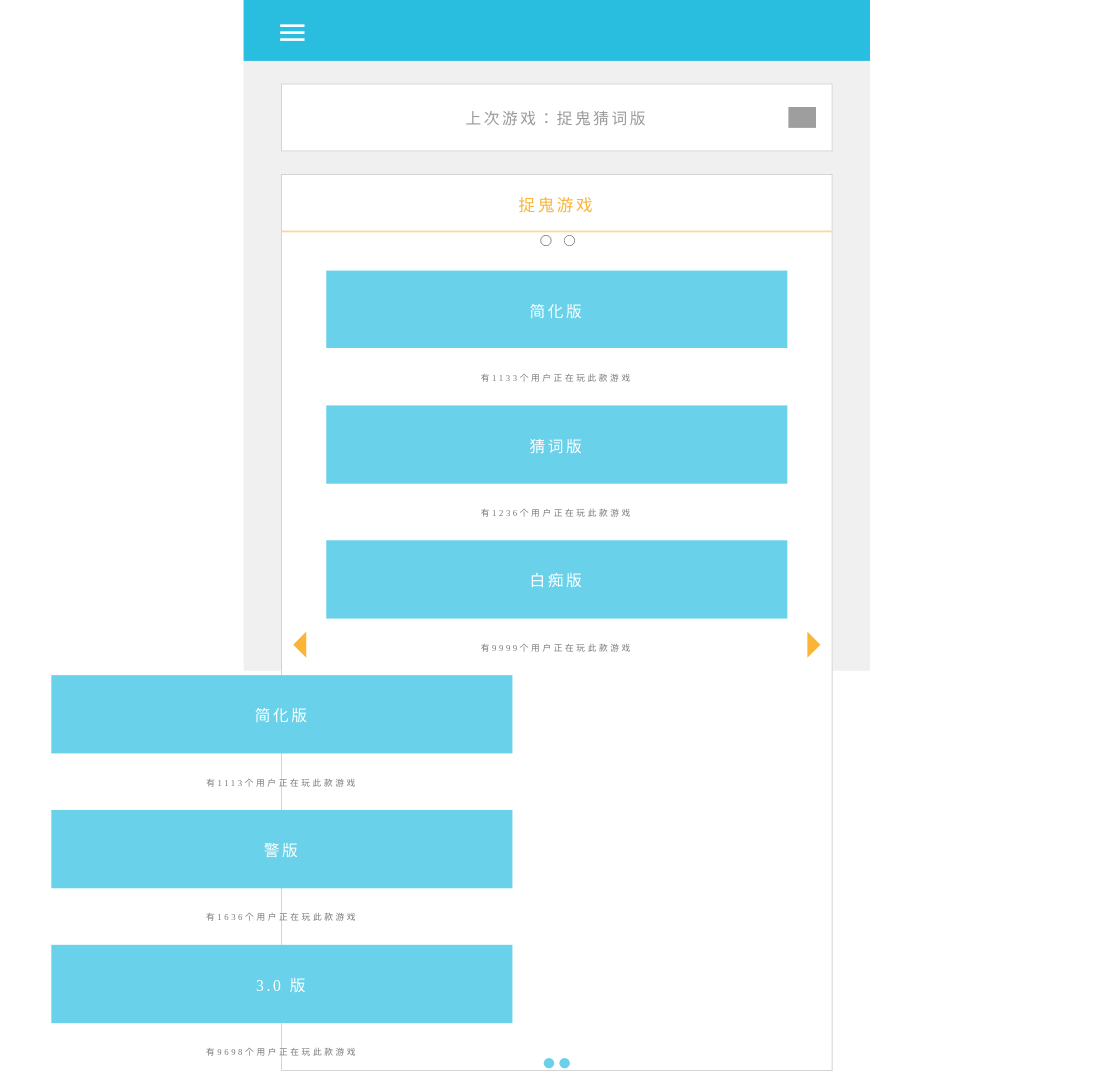
Repository: leozhangpd/My-Codes
Page: JS/two-project/home_page.html
These files come from the project's save history. The page is drawn as it stood at one moment and after the next save; the edit follows.
The browser window is 1280 px wide. The pictures show the whole page, at 87% of full size.
Pictures or frames that could not be fetched are drawn as grey boxes.

Above is the page before, as saved 2020-11-06 16:22:07.

### JS/two-project/home_page.html
<!DOCTYPE html>
<html lang="en">
<head>
    <meta charset="UTF-8">
    <meta name="viewport" content="width=device-width,initial-scale=1.0,maximum-scale=1.0,user-scalable=0" />
    <link rel="stylesheet" href="css/home_page.css" type="text/css" >
    <title>版本选择</title>
</head>
<body>
    <header>
        <button>
            <div></div>
            <div></div>
            <div></div>
        </button>
    </header>
    <main>
        <div class="review">
            <span>上次游戏：捉鬼猜词版</span>
        </div>
        <div class="content">
            <div class="title">
                <span>捉鬼游戏</span>
            </div>
            <input type="radio" name="change" id="change-1"/>
            <input type="radio" name="change" id="change-2"/>
            <div id="slider">
                <ul class="list" id="out">
                    <li><a href="#" id="in">简化版</a></li>
                    <li>有1133个用户正在玩此款游戏</li>
                    <li><a href="#">猜词版</a></li>
                    <li>有1236个用户正在玩此款游戏</li>
                    <li><a href="#">白痴版</a></li>
                    <li>有9999个用户正在玩此款游戏</li>
                </ul>
                <ul class="list" id="out-2">
                    <li><a href="#" id="in-2">简化版</a></li>
                    <li>有1113个用户正在玩此款游戏</li>
                    <li><a href="#">警版</a></li>
                    <li>有1636个用户正在玩此款游戏</li>
                    <li><a href="#">3.0 版</a></li>
                    <li>有9698个用户正在玩此款游戏</li>
                </ul>
            </div>
            <div class="page">
                <label for="change-1"></label>
                <label for="change-2"></label>
            </div>
            <div class="arrow">
                 <label for="change-1"></label>
                 <label for="change-2"></label>
            </div>
        </div>
    </main>
</body>
</html>

### JS/two-project/css/home_page.css
ul{list-style-type: none;margin: 0;padding: 0;}
button{outline: none;border:none;}
a:link,a:visited,a:hover,a:active {text-decoration:none;color: #fff;}
html{
    font-size: 62.5%;
    background: #fff;
    height: 100vh;
}
body{
    height: 100%;
    margin:0 auto;
    padding-bottom: 4%;
    max-width: 720px;
    min-width: 320px;
    background: #f0f0f0;
}
header{
    padding: 3% 5%;
    background-color: #29bde0;
}
header>button{
    width: 4rem;;
    background-color: rgba(0, 0, 0, 0);
}
header>button div{
    margin-top: .5rem;
    height: .3rem;
    background-color: #fff;
}
main{
    margin:0 6%;
    width:88%;
}
.review{
    padding:4% 0;
    background: url("../images/home_page-2.png") no-repeat 97% 50%/5%;
}
.review>span{/*review__content*/
    font-size: 18px;
    color: #9a9a9a;
}
.review,.content{
    background-color: #ffffff;
    margin-top: 4%;
    text-align: center;
    border: 1px double #cecece;
    letter-spacing: 3px;
}
.content{
    position: relative;
}
.title{/*content__title*/
    padding:3% 0;
    font-size: 19px;
    color: #fbb435;
    border-bottom: 0.2rem solid #fdd793;
}
.list{display: inline-block;width: 100%;}
.list>li{/*content__option*/
    margin: 4% 8% 0 8%;
}
.list>li:nth-child(odd){/*option__btn*/
    background: #69d1e9;
    font-size: 18px;
    color: #fff;
}
.list>li:nth-child(odd)>a{
    display: block;
    padding:6% 0;
}
.list>li:nth-child(even){/*option__hint*/
    color: #787878;
}
#out-2{margin-left: -100%;}
/* input{display: none;} */
.page>label{/*page__dot*/
    display: inline-block;
    padding-top: 12px;
    width:12px;
    background: #69d1e9;
    border-radius: 50%;
    transition: all .2s;
}
.page>label:hover{
    background: #2e2bda;
}
.arrow>label{
    position: absolute;
    top: 51%;
    border-style:solid;
}
.arrow>label:nth-child(1){
    left: 2%;
    border-width:15px 15px 15px 0;
    border-color:transparent #fbb435 transparent transparent;/*透明 透明 透明 橘*/
}
.arrow>label:nth-child(2){
    right: 2%;
    border-width:15px 0 15px 15px;
    border-color:transparent transparent transparent #fbb435;/*透明 透明 透明 橘*/
}

After the next save:
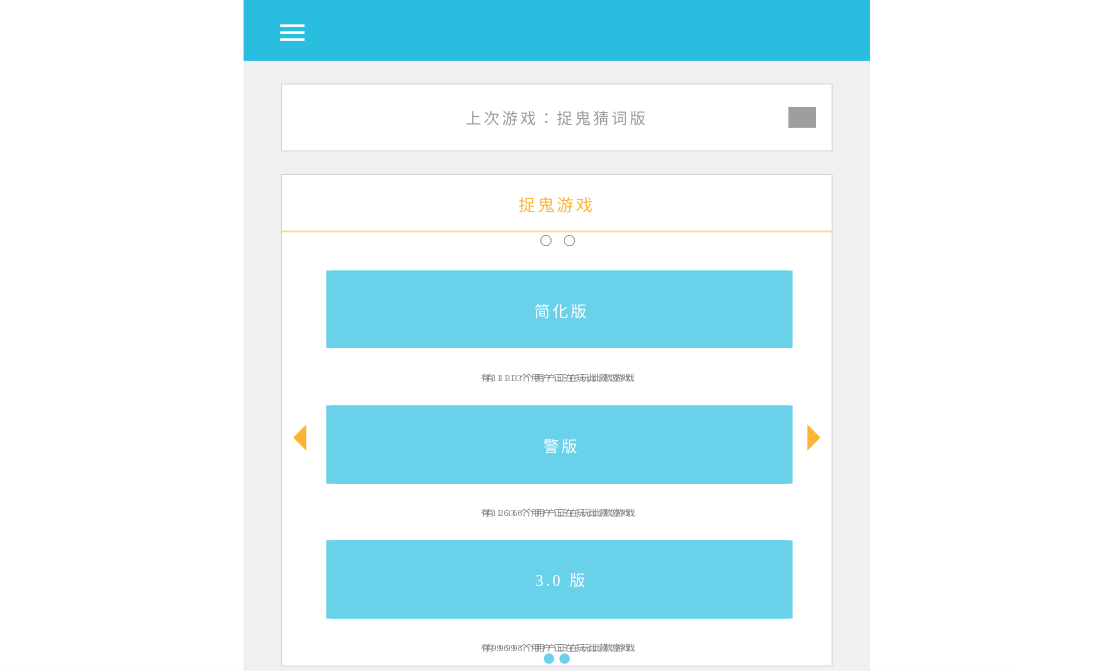
Saved 6 s later.
--- a/JS/two-project/css/home_page.css
+++ b/JS/two-project/css/home_page.css
@@ -55,6 +55,7 @@ main{
     color: #fbb435;
     border-bottom: 0.2rem solid #fdd793;
 }
+#slider{white-space: nowrap;}
 .list{display: inline-block;width: 100%;}
 .list>li{/*content__option*/
     margin: 4% 8% 0 8%;
